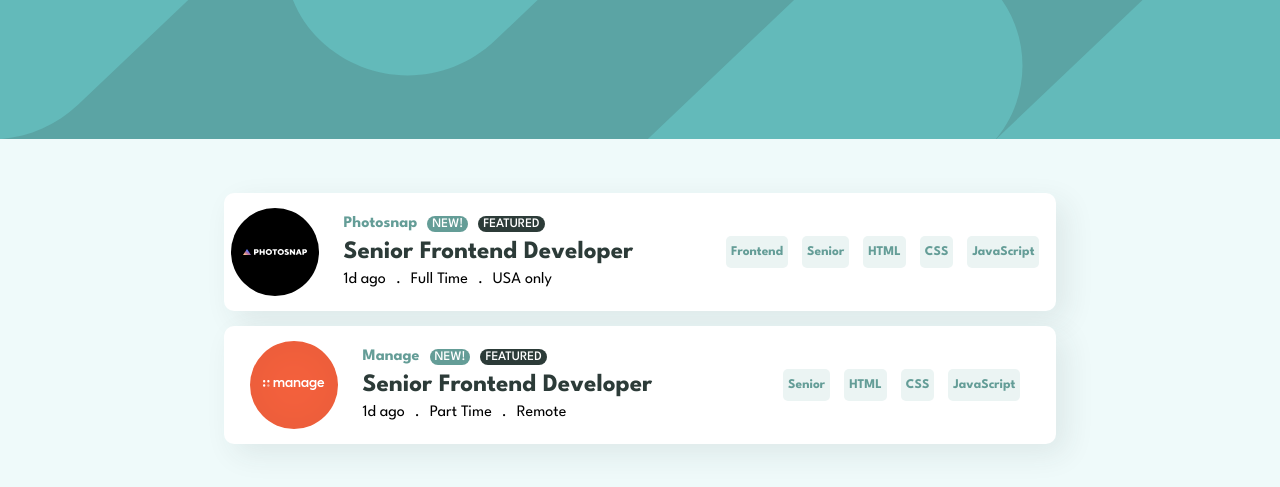
Repository: Eldream12/JobListing
Page: index.html
These files come from the project's save history. The page is drawn as it stood at one moment and after a run of saves; the edit follows.
The browser window is 1280 px wide. The pictures show the whole page.

Above is the page before, as saved 2025-03-31 21:47:44.

After the next 2 saves:
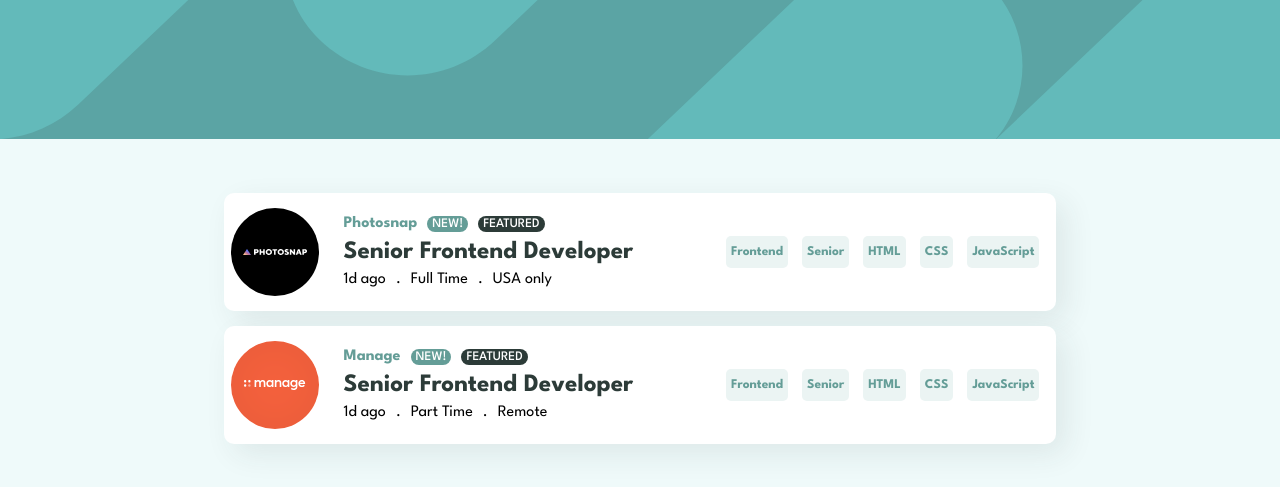
The 2 saves are shown as one change because they came seconds apart.
The last was saved 10 s later.
--- a/index.html
+++ b/index.html
@@ -78,7 +78,7 @@
 					</div>
 
 					<div class="btn">
-						<!-- <button>Frontend</button> 2 -->
+						<button>Frontend</button>
 						<button>Senior</button>
 						<button>HTML</button>
 						<button>CSS</button>
